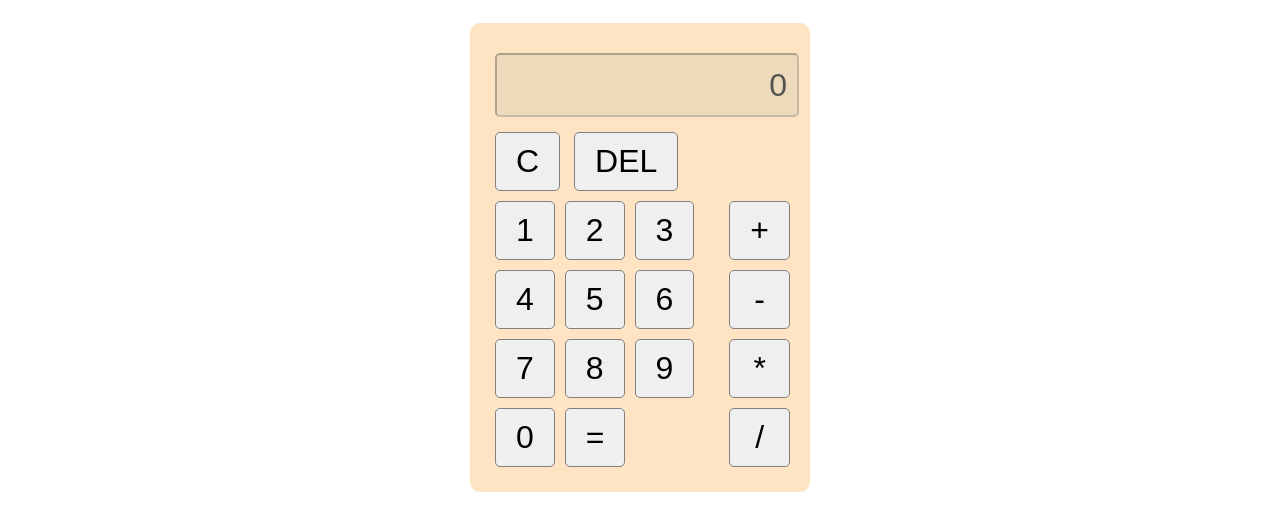
Repository: jaskeat/Calculator
Page: index.html
These files come from the project's save history. The page is drawn as it stood at one moment and after the next save; the edit follows.
The browser window is 1280 px wide. The pictures show the whole page.

Above is the page before, as saved 2024-09-05 13:25:01.

### index.html
<!DOCTYPE html>
<html lang="en">
	<head>
		<meta charset="UTF-8" />
		<meta name="viewport" content="width=device-width, initial-scale=1.0" />
		<title>Calculator</title>
		<link rel="stylesheet" href="style.css" />
	</head>
	<body>
		<div class="calculator">
			<div class="display">
				<input type="text" class="display-input" value="0" disabled />
			</div>

			<div class="extrabtn">
				<button class="btn" onclick="clearDisplay()">C</button>
				<button class="btn" onclick="deleteLast()">DEL</button>
			</div>

			<div class="buttons">
				<div class="operators">
					<button class="btn" onclick="append('+')">+</button>
					<button class="btn" onclick="append('-')">-</button>
					<button class="btn" onclick="append('*')">*</button>
					<button class="btn" onclick="append('/')">/</button>
				</div>

				<div class="numbers">
					<button class="btn" onclick="append('1')">1</button>
					<button class="btn" onclick="append('2')">2</button>
					<button class="btn" onclick="append('3')">3</button>
					<button class="btn" onclick="append('4')">4</button>
					<button class="btn" onclick="append('5')">5</button>
					<button class="btn" onclick="append('6')">6</button>
					<button class="btn" onclick="append('7')">7</button>
					<button class="btn" onclick="append('8')">8</button>
					<button class="btn" onclick="append('9')">9</button>
					<button class="btn" onclick="append('0')">0</button>
					<button class="btn" onclick="calculate()">=</button>
				</div>
			</div>
		</div>
		<script src="script.js"></script>
	</body>
</html>

### style.css
body {
	display: flex;
	justify-content: center;
	align-items: center;
}

.calculator {
	width: 300px;
	max-width: 600px;
	height: auto;
	margin: 15px;
	padding: 20px;
	background-color: bisque;
	border-radius: 10px;
}

button {
	border-radius: 5px;
	border: 1px grey solid;
	font-size: 1.3rem;
}

button:hover {
	background-color: lightgrey;
	cursor: pointer;
}

input {
	width: 280px;
	height: 50px;
	font-size: 2rem;
	text-align: right;
	border-radius: 5px;
	margin: 10px 5px;
	background-color: rgb(237, 218, 187);
	padding: 5px 10px;
}

.operators {
	display: flex;
	flex-direction: column;
	width: auto;
}

.operators button {
	width: auto;
	height: auto;
	margin: 5px 0;
}

.numbers {
	display: flex;
	flex-wrap: wrap;
	height: auto;
	width: 250px;
}

.buttons {
	display: flex;
	flex-direction: row-reverse;
	justify-content: space-between;
	font-size: 2rem;
}

.btn {
	font-size: 2rem;
	padding: 10px 20px;
	margin: 5px;
}

Loaded but not shown: script.js (no copy from this time; the picture is the same without it)

After the next save:
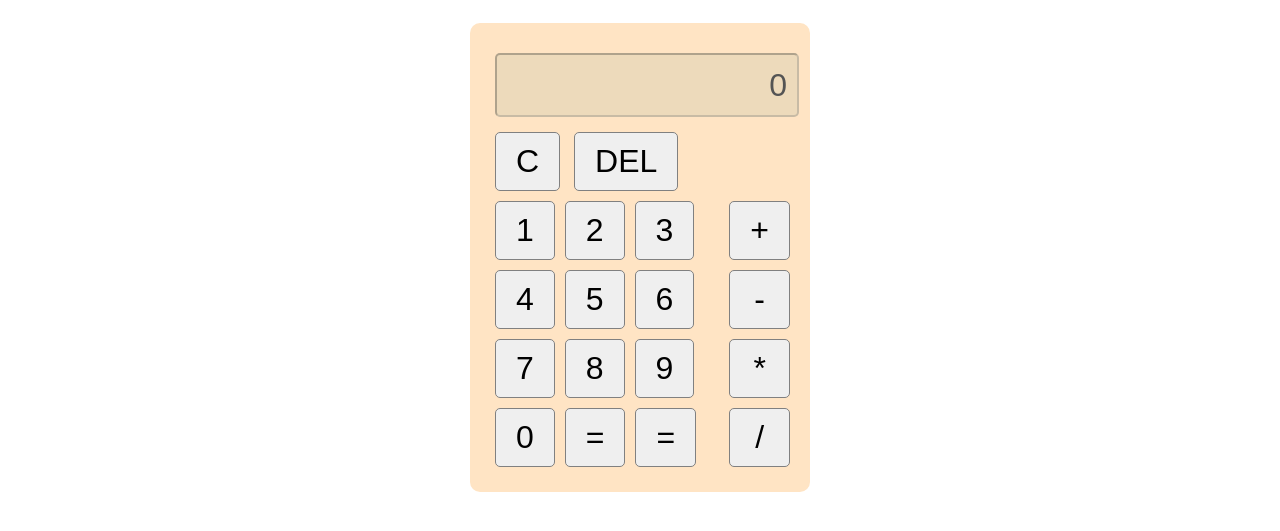
Saved 27 s later.
--- a/index.html
+++ b/index.html
@@ -36,6 +36,7 @@
 					<button class="btn" onclick="append('8')">8</button>
 					<button class="btn" onclick="append('9')">9</button>
 					<button class="btn" onclick="append('0')">0</button>
+					<button class="btn" onclick="append('.')">=</button>
 					<button class="btn" onclick="calculate()">=</button>
 				</div>
 			</div>
